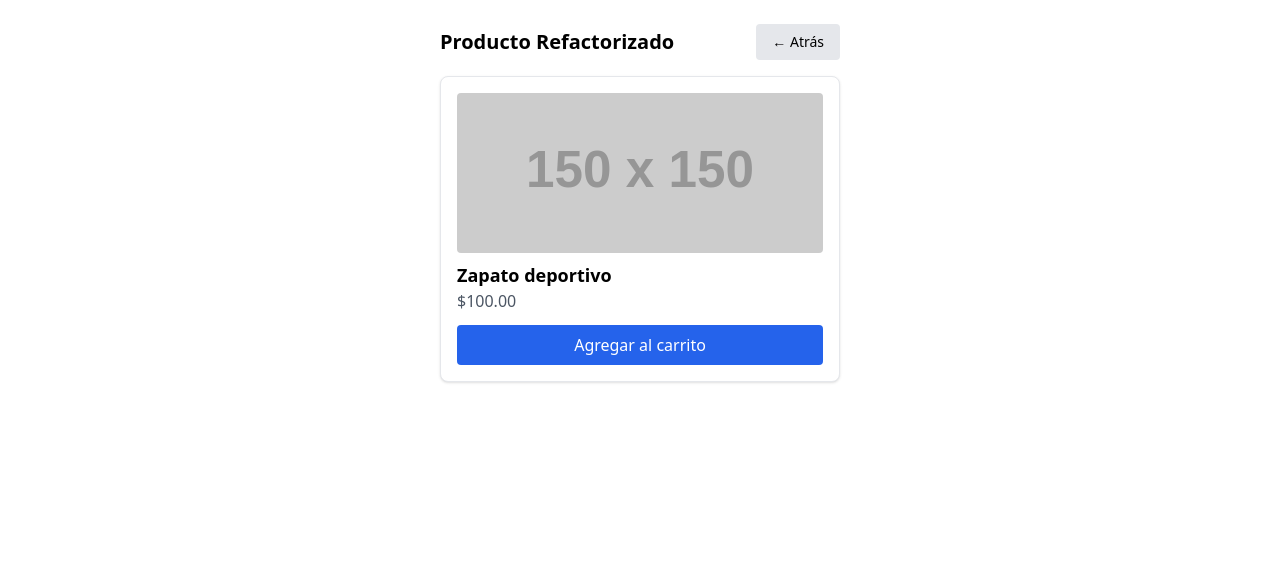
Repository: dienton82/nextjs-multifetch-demo
Page: /prueba-refactor
An editor plug-in stored every save of this project. The page is shown before and after the next save, followed by the edit.
The browser window is 1280 px wide. The pictures show the whole page.
The project was rebuilt for these pictures with package versions that can differ from the ones it lists, and the page was loaded fresh each time. The framework's server and built-in components were replaced by stand-ins that run in the browser. Also part of the build but not shown: next.config.js.

Above is the page before, as saved 2025-05-28 04:02:22.

After the next save:
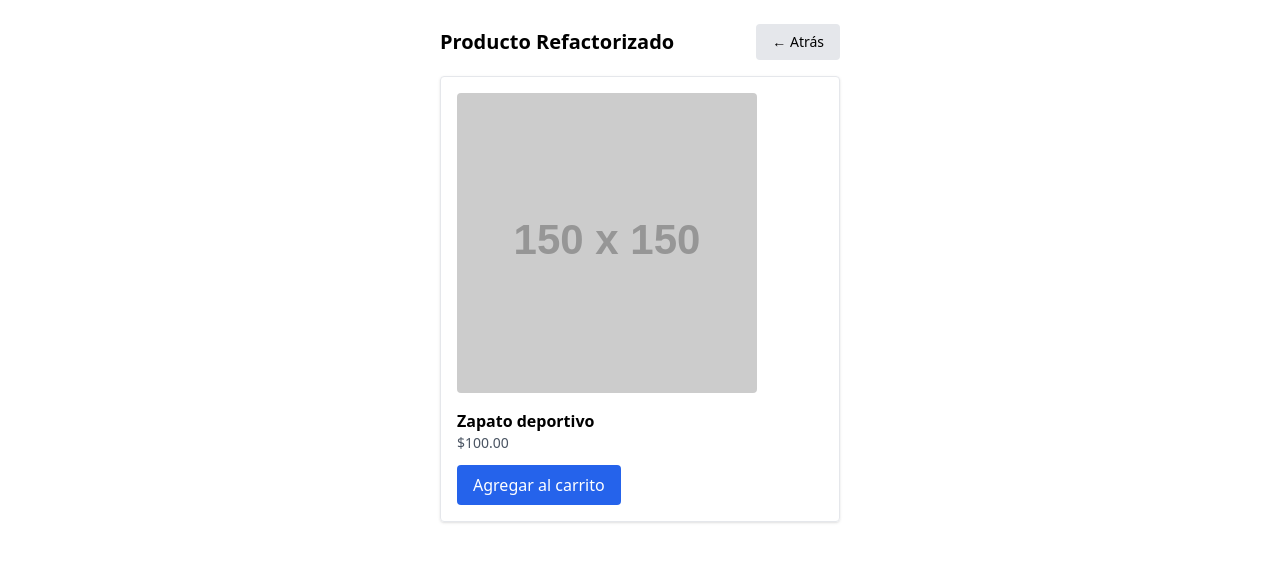
Saved 57 s later.
--- a/components/ProductoCard.tsx
+++ b/components/ProductoCard.tsx
@@ -1,24 +1,27 @@
-type Producto = {
+import Image from 'next/image';
+
+type Props = {
   nombre: string;
   precio: number;
   imagen: string;
   onAgregar: () => void;
 };
 
-export default function ProductoCard({ nombre, precio, imagen, onAgregar }: Producto) {
+export default function ProductoCard({ nombre, precio, imagen, onAgregar }: Props) {
   return (
-    <div className="border rounded-lg p-4 shadow hover:shadow-md transition bg-white">
-      <img
+    <div className="border rounded shadow p-4">
+      <Image
         src={imagen}
         alt={`Imagen de ${nombre}`}
-        className="w-full h-40 object-cover rounded"
+        width={300}
+        height={200}
+        className="mb-4 rounded object-contain"
       />
-      <h2 className="mt-2 text-lg font-semibold">{nombre}</h2>
-      <p className="text-gray-600">${precio.toFixed(2)}</p>
+      <h2 className="font-semibold">{nombre}</h2>
+      <p className="text-sm text-gray-600">${precio.toFixed(2)}</p>
       <button
         onClick={onAgregar}
-        className="mt-3 w-full bg-blue-600 text-white py-2 px-4 rounded hover:bg-blue-700 focus:outline-none focus:ring-2 focus:ring-blue-400"
-        aria-label={`Agregar ${nombre} al carrito`}
+        className="mt-3 px-4 py-2 bg-blue-600 text-white rounded hover:bg-blue-700 transition"
       >
         Agregar al carrito
       </button>
